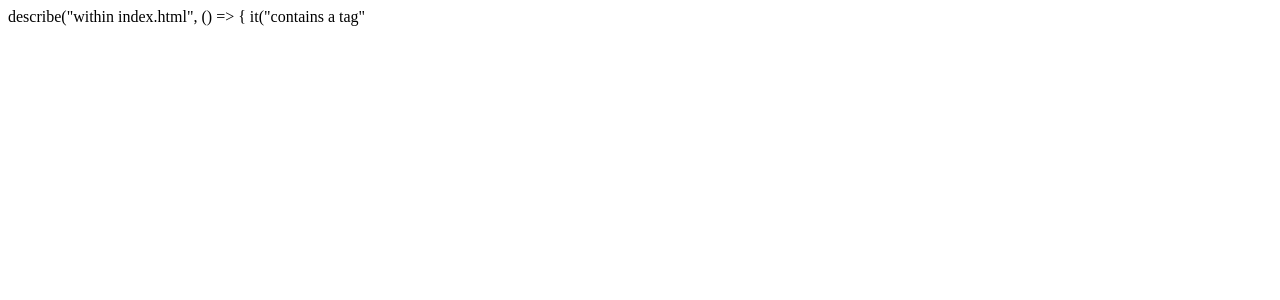
Repository: NthigaDenis/example-repository
Page: phase-0-the-dom-editing-lab/index.html
The author's editor kept a copy of each file at every save. The page is drawn from the files as they stood at one save, then again after the next save.
The browser window is 1280 px wide. The pictures show the whole page.

Above is the page before, as saved 2022-08-10 08:11:45.

### phase-0-the-dom-editing-lab/index.html
<!-- Write your code here! -->
<!DOCTYPE html>
<html lang="en">

<head>
    <meta charset="UTF-8" />
    <meta name="viewport" content="width=device-width, initial-scale=1.0" />
    <meta http-equiv="X-UA-Compatible" content="ie=edge" />
    <title>Introduction to the DOM Lab</title>
</head>

<body>
    <!--All our work for this lesson will go here-->


    describe("within index.html", () => {
    it("contains a

    <body> tag"
    </body>

</html>

After the next save:
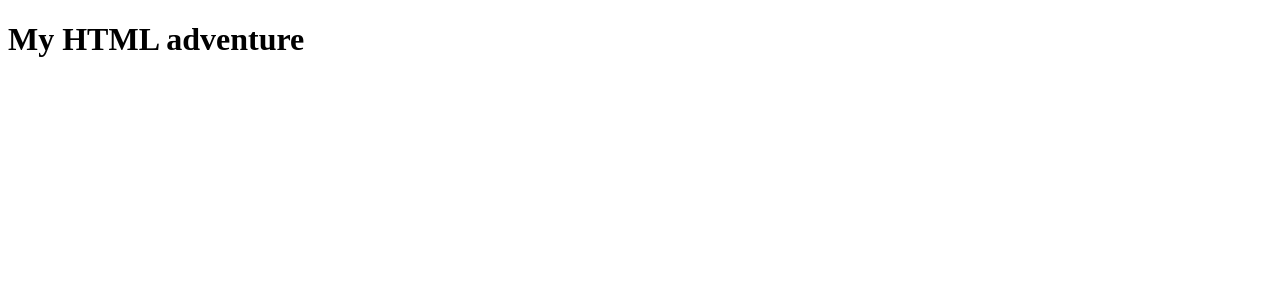
Saved 44 s later.
--- a/phase-0-the-dom-editing-lab/index.html
+++ b/phase-0-the-dom-editing-lab/index.html
@@ -11,12 +11,11 @@
 
 <body>
     <!--All our work for this lesson will go here-->
+    <h1>My HTML adventure</h1>
 
 
-    describe("within index.html", () => {
-    it("contains a
 
-    <body> tag"
+    <body>
     </body>
 
 </html>
